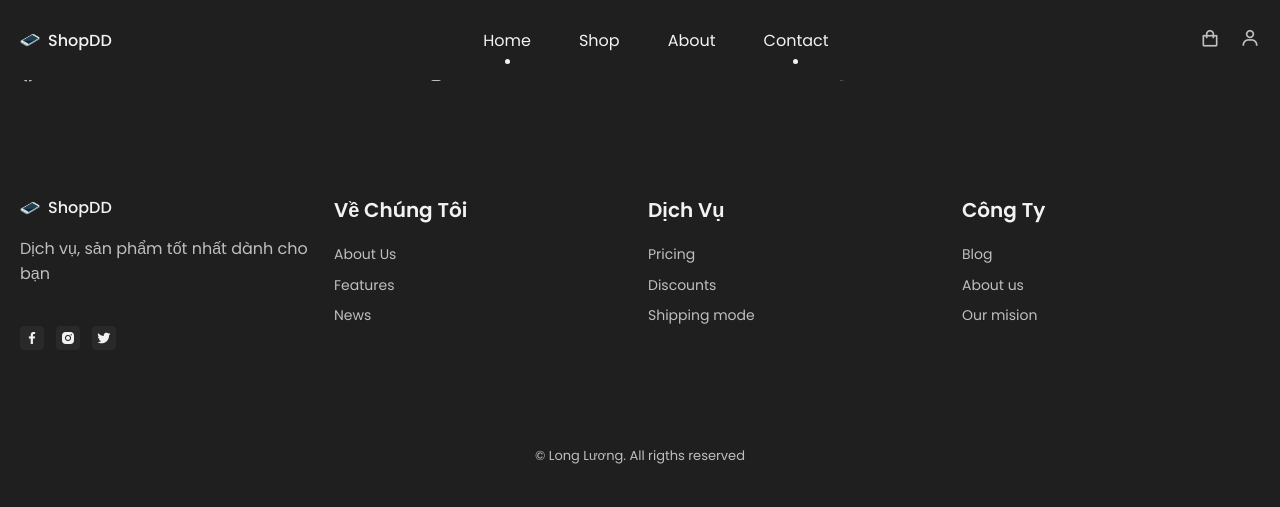
Repository: long5122000/Shopc
Page: contact.html
These files come from the project's save history. The page is drawn as it stood at one moment and after the next save; the edit follows.
The browser window is 1280 px wide. The pictures show the whole page.
The style sheet was rebuilt from its Sass, Less or Tailwind sources for each picture, by a compiler version that may differ from the author's.

Above is the page before, as saved 2021-12-01 09:41:40.

### contact.html
<!DOCTYPE html>
<html lang="en">
  <head>
    <meta charset="UTF-8" />
    <meta http-equiv="X-UA-Compatible" content="IE=edge" />
    <meta name="viewport" content="width=device-width, initial-scale=1.0" />
    <title>ShopDD</title>
    <link rel="shortcut icon" href="favicon.png" type="image/x-icon" />
    <link
      rel="stylesheet"
      href="https://unpkg.com/swiper@7/swiper-bundle.min.css"
    />
    <link
      rel="stylesheet"
      href="https://cdn.jsdelivr.net/npm/boxicons@latest/css/boxicons.min.css"
    />
    <link rel="stylesheet" href="./css/app.css" />
  </head>
  <body>
    <header class="header" id="header">
      <nav class="nav container">
        <a href="" class="nav__logo">
          <img src="./images/logo-3.png" alt="" class="nav__logo-img" />
          ShopDD
        </a>
        <div class="nav__menu" id="nav-menu">
          <ul class="nav__list">
            <li class="nav__item">
              <a href="./index.html" class="nav__link active-link">Home</a>
            </li>
            <li class="nav__item">
              <a href="#" class="nav__link">Shop</a>
            </li>
            <li class="nav__item">
              <a href="./about.html" class="nav__link">About</a>
            </li>
            <li class="nav__item">
              <a href="./contact.html" class="nav__link">Contact</a>
            </li>

            <!-- <a href="" class="button button--ghost">Support</a> -->
          </ul>

          <div class="nav__close" id="nav-close">
            <i class="bx bx-x"></i>
          </div>
          <!-- <img src="./images/nav-img.png" alt="" class="nav__img" /> -->
        </div>
        <div class="nav__btns">
          <!-- Theme change button -->

          <div class="nav__shop" id="cart-shop">
            <i class="bx bx-shopping-bag"></i>
          </div>

          <div class="nav__shop" id="info-user">
            <i class="bx bx-user"></i>
          </div>

          <div class="nav__toggle" id="nav-toggle">
            <i class="bx bx-grid-alt"></i>
          </div>
        </div>
      </nav>
    </header>

    <div class="cart" id="cart">
      <i class="bx bx-x cart__close" id="cart-close"></i>

      <h2 class="cart__title-center">My Cart</h2>

      <div class="cart__container">
        <article class="cart__card">
          <div class="cart__box">
            <img src="./images/new-1.png" alt="" class="cart__img" />
          </div>

          <div class="cart__details">
            <h3 class="cart__title">Jazzmaster</h3>
            <span class="cart__price">$1050</span>

            <div class="cart__amount">
              <div class="cart__amount-content">
                <span class="cart__amount-box">
                  <i class="bx bx-minus"></i>
                </span>

                <span class="cart__amount-number">1</span>

                <span class="cart__amount-box">
                  <i class="bx bx-plus"></i>
                </span>
              </div>

              <i class="bx bx-trash-alt cart__amount-trash"></i>
            </div>
          </div>
        </article>

        <article class="cart__card">
          <div class="cart__box">
            <img src="./images/new-3.png" alt="" class="cart__img" />
          </div>

          <div class="cart__details">
            <h3 class="cart__title">Rose Gold</h3>
            <span class="cart__price">$850</span>

            <div class="cart__amount">
              <div class="cart__amount-content">
                <span class="cart__amount-box">
                  <i class="bx bx-minus"></i>
                </span>

                <span class="cart__amount-number">1</span>

                <span class="cart__amount-box">
                  <i class="bx bx-plus"></i>
                </span>
              </div>

              <i class="bx bx-trash-alt cart__amount-trash"></i>
            </div>
          </div>
        </article>

        <article class="cart__card">
          <div class="cart__box">
            <img src="./images/new-5.png" alt="" class="cart__img" />
          </div>

          <div class="cart__details">
            <h3 class="cart__title">Longines Rose</h3>
            <span class="cart__price">$980</span>

            <div class="cart__amount">
              <div class="cart__amount-content">
                <span class="cart__amount-box">
                  <i class="bx bx-minus"></i>
                </span>

                <span class="cart__amount-number">1</span>

                <span class="cart__amount-box">
                  <i class="bx bx-plus"></i>
                </span>
              </div>

              <i class="bx bx-trash-alt cart__amount-trash"></i>
            </div>
          </div>
        </article>
        <article class="cart__card">
          <div class="cart__box">
            <img src="./images/new-5.png" alt="" class="cart__img" />
          </div>

          <div class="cart__details">
            <h3 class="cart__title">Longines Rose</h3>
            <span class="cart__price">$980</span>

            <div class="cart__amount">
              <div class="cart__amount-content">
                <span class="cart__amount-box">
                  <i class="bx bx-minus"></i>
                </span>

                <span class="cart__amount-number">1</span>

                <span class="cart__amount-box">
                  <i class="bx bx-plus"></i>
                </span>
              </div>

              <i class="bx bx-trash-alt cart__amount-trash"></i>
            </div>
          </div>
        </article>
        <article class="cart__card">
          <div class="cart__box">
            <img src="./images/new-5.png" alt="" class="cart__img" />
          </div>

          <div class="cart__details">
            <h3 class="cart__title">Longines Rose</h3>
            <span class="cart__price">$980</span>

            <div class="cart__amount">
              <div class="cart__amount-content">
                <span class="cart__amount-box">
                  <i class="bx bx-minus"></i>
                </span>

                <span class="cart__amount-number">1</span>

                <span class="cart__amount-box">
                  <i class="bx bx-plus"></i>
                </span>
              </div>

              <i class="bx bx-trash-alt cart__amount-trash"></i>
            </div>
          </div>
        </article>
        <article class="cart__card">
          <div class="cart__box">
            <img src="./images/new-6.webp" alt="" class="cart__img" />
          </div>

          <div class="cart__details">
            <h3 class="cart__title">Longines Rose</h3>
            <span class="cart__price">$980</span>

            <div class="cart__amount">
              <div class="cart__amount-content">
                <span class="cart__amount-box">
                  <i class="bx bx-minus"></i>
                </span>

                <span class="cart__amount-number">1</span>

                <span class="cart__amount-box">
                  <i class="bx bx-plus"></i>
                </span>
              </div>

              <i class="bx bx-trash-alt cart__amount-trash"></i>
            </div>
          </div>
        </article>
      </div>

      <div class="cart__prices">
        <span class="cart__prices-item">3 items</span>
        <span class="cart__prices-total">$2880</span>
      </div>
    </div>

    <div class="info" id="info">
      <i class="bx bx-x info__close" id="info-close"></i>
      <div class="info__btn">
        <a href="./login.html" class="button">Đăng nhập</a>
        <a href="./register.html" class="button">Đăng Ký</a>
      </div>
    </div>
    <main class="main">
      <section class="contact container" id="contact">
        <h1 class="contact__title">Hãy Kết Nối Với Chúng Tôi</h1>
        <div class="contact__list">
          <i class="bx bxl-facebook-circle contact__item"></i>
          <i class="bx bxl-instagram contact__item"></i>
          <i class="bx bxl-twitter contact__item"></i>
          <i class="bx bxl-youtube contact__item"></i>
        </div>
      </section>
    </main>
    <footer class="footer section">
      <div class="footer__container container grid">
        <div class="footer__content">
          <a href="#" class="footer__logo">
            <img src="./images/logo-3.png" alt="" class="footer__logo-image" />
            ShopDD
          </a>
          <p class="footer__description">
            Dịch vụ, sản phẩm tốt nhất dành cho bạn
          </p>
          <div class="footer__social">
            <a
              href="https://www.facebook.com/"
              target="_blank"
              class="footer__social-link"
            >
              <i class="bx bxl-facebook"></i>
            </a>
            <a
              href="https://www.instagram.com/"
              target="_blank"
              class="footer__social-link"
            >
              <i class="bx bxl-instagram-alt"></i>
            </a>
            <a
              href="https://twitter.com/"
              target="_blank"
              class="footer__social-link"
            >
              <i class="bx bxl-twitter"></i>
            </a>
          </div>
        </div>
        <div class="footer__content">
          <h3 class="footer__title">Về Chúng Tôi</h3>
          <ul class="footer__links">
            <li>
              <a href="" class="footer__link">About Us</a>
            </li>
            <li>
              <a href="" class="footer__link">Features</a>
            </li>
            <li>
              <a href="" class="footer__link">News</a>
            </li>
          </ul>
        </div>
        <div class="footer__content">
          <h3 class="footer__title">Dịch Vụ</h3>
          <ul class="footer__links">
            <li>
              <a href="" class="footer__link">Pricing</a>
            </li>
            <li>
              <a href="" class="footer__link">Discounts</a>
            </li>
            <li>
              <a href="" class="footer__link">Shipping mode</a>
            </li>
          </ul>
        </div>
        <div class="footer__content">
          <h3 class="footer__title">Công Ty</h3>
          <ul class="footer__links">
            <li>
              <a href="" class="footer__link">Blog</a>
            </li>
            <li>
              <a href="" class="footer__link">About us</a>
            </li>
            <li>
              <a href="" class="footer__link">Our mision</a>
            </li>
          </ul>
        </div>
      </div>

      <span class="footer__copy">&#169; Long Lương. All rigths reserved</span>

      <div class="modal" id="modal__view">
        <div class="modal__main">
          <i class="bx bx-x modal__close" id="modal-close"></i>
          <div class="modal__image">
            <img src="./images/new-1.png" alt="" />
          </div>
          <div class="modal__content">
            <h3 class="modal__title">Tivi</h3>
            <p class="modal__desc">
              Lorem ipsum dolor sit amet consectetur adipisicing elit. Repellat
              laborum facilis harum quis aperiam laboriosam quasi deleniti velit
              est rerum animi consectetur voluptate culpa, quas, dolor illum
              fugit exercitationem sapiente?
            </p>
            <div class="modal__price">$167</div>
          </div>
          <a href="#!" class="button modal__button">Xem chi tiết</a>
        </div>
      </div>

      <!-- <img src="./images/footer1-img.png" alt="" class="footer__image-one" />
      <img src="./images/footer2-img.png" alt="" class="footer__image-two" /> -->
    </footer>

    <a href="#" class="scrollup" id="scroll-up">
      <i class="bx bx-up-arrow-alt scrollup__icon"></i>
    </a>
    <script src="https://unpkg.com/swiper@7/swiper-bundle.min.js"></script>
    <script src="scripts/scrollreveal.min.js"></script>
    <script src="./scripts/app.js"></script>
  </body>
</html>

### sass/app.scss
@import "variables";
@import "reset";
@import "mixin";
@import "base";
@import "header";
@import "cart";
@import "search";
@import "info";
@import "home";
@import "category";
@import "about";
@import "hot";
@import "discount";
@import "new";
@import "newsletter";
@import "footer";
@import "modal";
@import "scroll";
@import "register";
@import "login";
@import "contact";
@import "breakpoints";

### sass/_variables.scss
@import url("https://fonts.googleapis.com/css2?family=Poppins:wght@400;500;600;900&display=swap");
:root {
  --header-height: 3.5rem;
  /* Colors */
  --hue: 14;
  --first-color: hsl(var(--hue), 91%, 54%);
  --menu-color: hsl(31, 76%, 74%);
  --button-color: hsl(0, 0%, 24%);
  --button-color-alt: hsl(0, 0%, 28%);
  --title-color: hsl(0, 0%, 95%);
  --text-color: hsl(0, 0%, 75%);
  --body-color: hsl(0, 0%, 12%);
  --container-color: hsl(0, 0%, 16%);
  --border-color: hsl(0, 0%, 20%);
  --border-color: hsl(0, 0%, 94%);
  --dark1: #3e363f;
  --dark2: #212527;
  --light1: #fffce8;
  --light2: #edf7f6;
  --red: #df4747;
  --green: #47df5b;
  --transition250: all 250ms ease-in-out;
  --transition500: all 500ms ease-in-out;
  /* Font and typography */
  --body-font: "Poppins", sans-serif;
  --biggest-font-size: 2rem;
  --h1-font-size: 1.5rem;
  --h2-font-size: 1.25rem;
  --h3-font-size: 1rem;
  --normal-font-size: 0.938rem;
  --small-font-size: 0.813rem;
  /* font weight */
  --font-medium: 500;
  --font-semi-bold: 600;
  --font-black: 900;
  /* margenes bottom */
  --mb-0-25: 0.25rem;
  --mb-0-5: 0.5rem;
  --mb-0-75: 0.75rem;
  --mb-1: 1rem;
  --mb-1-5: 1.5rem;
  --mb-2: 2rem;
  --mb-2-5: 2.5rem;
  /* z-index */
  --z-tooltip: 10;
  --z-fixed: 100;

  @media screen and (min-width: 992px) {
    --biggest-font-size: 4rem;
    --h1-font-size: 2.25rem;
    --h2-font-size: 1.5rem;
    --h3-font-size: 1.25rem;
    --normal-font-size: 1rem;
    --small-font-size: 0.875rem;
    --smaller-font-size: 0.813rem;
  }
}

/*=============== GOOGLE FONTS ===============*/

### sass/_reset.scss
html {
  box-sizing: border-box;
}
* {
  margin: 0;
  padding: 0;
}
*,
*:before,
*:after {
  box-sizing: border-box;
}
input,
textarea,
select,
button {
  outline: none;
  border: none;
}
input {
  line-height: normal;
}
label,
button {
  cursor: pointer;
}
a {
  text-decoration: none;
}
img {
  display: block;
  max-width: 100%;
}

### sass/_mixin.scss
@mixin flex(
  $align: flex-start,
  $justify: flex-start,
  $wrap: nowrap,
  $dir: row
) {
  display: flex;
  justify-content: $justify;
  align-items: $align;
  flex-wrap: $wrap;
  flex-direction: $dir;
}
@mixin maxw($breakpoint) {
  @media screen and (max-width: $breakpoint) {
    @content;
  }
}
@mixin minw($breakpoint) {
  @media screen and (min-width: $breakpoint) {
    @content;
  }
}
@mixin center {
  display: flex;
  justify-content: center;
  align-items: center;
}

### sass/_base.scss
* {
  box-sizing: border-box;
  padding: 0;
  margin: 0;
}
html {
  scroll-behavior: smooth;
}
body {
  margin: var(--header-height) 0 0 0;
  font-family: var(--body-font);
  font-size: var(--normal-font-size);
  background: var(--body-color);
  color: var(--text-color);
}
h1,
h2,
h3,
h4 {
  color: var(--title-color);
  font-weight: var(--font-semi-bold);
}
ul {
  list-style: none;
}
.section {
  padding: 4.5rem 0 2rem;
}
.section__title {
  font-size: var(--h2-font-size);
  margin-bottom: var(--mb2);
  text-align: center;
}
.container {
  max-width: 1240px;
  margin-left: var(--mb-1-5);
  margin-right: var(--mb-1-5);
}
.grid {
  display: grid;
}
.main {
  overflow: hidden;
}
::-webkit-scrollbar {
  width: 0.6rem;
  background: #413e3e;
}
::-webkit-scrollbar-thumb {
  background: #272525;
  border-radius: 0.5rem;
}
.button {
  display: inline-block;
  background-color: var(--first-color);
  color: var(--title-color);
  padding: 1rem 1.75rem;
  border-radius: 0.5rem;
  font-weight: var(--font-medium);
  transition: 0.3s;
  &:hover {
    background-color: var(--first-color-alt);
  }
  &--ghost {
    border: 2px solid;
    background-color: transparent;
    border-radius: 3rem;
    padding: 0.75rem 1.5rem;
    &:hover {
      background: none;
    }
  }
  &__icon {
    font-size: 1.25rem;
  }
  &--link {
    color: var(--title-color);
  }
  &--flex {
    display: inline-flex;
    align-items: center;
    column-gap: 0.5rem;
  }
}

### sass/_search.scss
.search-box {
  width: 1px;
  height: 30px;
  background-color: rgb(88, 88, 88);
  position: relative;

  transition: all 0.5s ease;
  border-radius: 15px;
}

.search-box.open {
  width: 220px;
}

.search-input {
  width: 100%;
  height: 100%;
  border: none;
  box-shadow: none;
  background: transparent;
  color: #fff;
  padding: 20px 20px;
  font-size: 20px;
}

.search-btn {
  color: rgba(191, 191, 191);
  outline: none;
  border: none;

  position: absolute;
  right: -0;
  top: 0;
  cursor: pointer;
  font-size: 25px;
  background-color: transparent;
}

### sass/_info.scss
.info {
  position: fixed;
  background-color: rgb(59, 59, 59);
  z-index: var(--z-fixed);
  width: 100%;
  height: 100%;
  top: 0;
  right: -100%;
  padding: 5.5rem 1rem;
  transition: 0.4s;
  overflow-y: scroll;
  &__close {
    font-size: 2rem;
    color: var(--title-color);
    position: absolute;
    top: 1.25rem;
    right: 0.9rem;
    cursor: pointer;
  }
}
.show-info {
  right: 0;
}

### sass/_home.scss
.home {
  &__content {
    row-gap: 1rem;
  }
  &__group {
    display: grid;
    position: relative;
    padding-top: 2rem;
  }
  &__image {
    height: 250px;
    justify-self: center;
  }
  &__indicator {
    width: 8px;
    height: 8px;
    background-color: var(--title-color);
    border-radius: 50%;
    position: absolute;
    top: 7rem;
    right: 2rem;
    &::after {
      content: "";
      position: absolute;
      width: 1px;
      height: 48px;
      background-color: var(--title-color);
      top: -3rem;
      right: 45%;
    }
  }
  &__details {
    &-img {
      position: absolute;
      right: 0.5rem;
    }
    &-title,
    &-subtitle {
      display: block;
      font-size: var(--small-font-size);
      text-align: right;
    }
  }
  &__subtitle {
    font-size: var(--h3-font-size);
    text-transform: uppercase;
    margin-bottom: var(--mb-1);
  }
  &__title {
    font-size: var(--biggest-font-size);
    font-weight: var(--font-black);
    line-height: 109%;
    margin-bottom: var(--mb-1);
  }
  &__description {
    margin-bottom: var(--mb-1);
  }
  &__buttons {
    @include flex(center, space-between);
  }
}

.swiper {
  &-pagination {
    position: initial;
    margin-top: var(--mb-1);
    &-bullet {
      width: 5px;
      height: 5px;
      background-color: var(--title-color);
      opacity: 1;
    }
  }
}
.swiper-pagination-horizontal.swiper-pagination-bullets .swiper-pagination-bullet {
  margin: 0 0.5rem;
}
.swiper-pagination-bullet-active {
  width: 1.5rem;
  height: 5px;
  border-radius: 0.5rem;
}

### sass/_category.scss
.category {
  &__container {
    grid-template-columns: repeat(2, 1fr);
    gap: 1rem 2rem;
  }
  &__data {
    text-align: center;
  }
  &__image {
    width: 120px;
    margin: 0 auto;
    transition: 0.3s;
  }
  &__title {
    margin-bottom: var(--mb-0-25);
  }
  &__data:hover {
    .category {
      &__image {
        transform: translateY(-0.5rem);
      }
    }
  }
}
.scroll {
  &-header {
    background: var(--container-color);
  }
}

### sass/_about.scss
.about {
  &__container {
    row-gap: 2rem;
  }
  &__data {
    text-align: center;
  }
  &__description {
    margin-bottom: var(--mb-2);
  }
  &__image {
    width: 200px;
    justify-self: center;
  }
}

### sass/_hot.scss
.hot {
  &__container {
    grid-template-columns: repeat(2, 1fr);
    gap: 1.5rem;
    padding: 1rem;
  }
  &__content {
    position: relative;
    background: var(--container-color);
    border-radius: 1rem;
    padding: 1.5rem 0 1rem 0;
    text-align: center;
    overflow: hidden;

    &:hover .hot__image {
      transform: translateY(-0.5rem);
    }
    &:hover .hot__button {
      right: 0;
    }
  }
  &__image {
    width: 90px;
    transition: 0.3s;
    margin: 0 auto;
  }
  &__subtitle,
  &__price {
    display: block;
  }
  &__subtitle {
    font-size: var(--smaller-font-size);
    margin-bottom: var(--mb-0-5);
  }
  &__title,
  &__price {
    color: var(--title-color);
    font-weight: var(--font-medium);
    font-size: var(--normal-font-size);
  }
  &__button {
    display: flex;
    flex-direction: column;
    gap: 5px 0;
    padding: 0.5rem;
    border-radius: 0.25rem 0.25rem 0.75rem 0.25rem;
    position: absolute;
    right: -3rem;
    bottom: 0;
  }
  &__icon {
    font-size: 1.25rem;
    color: var(--title-color);
    &--bt {
      border-bottom: 1px solid gray;
      padding-bottom: 4px;
    }
    &:hover {
      color: var(--first-color);
    }
  }
}

### sass/_discount.scss
.discount {
  &__container {
    background: var(--container-color);
    border-radius: 1rem;
    padding: 2.5rem 0 1.5rem;
    row-gap: 0.75rem;
  }
  &__data {
    text-align: center;
  }
  &__title {
    font-size: var(--h2-font-size);
    margin-bottom: var(--mb-2);
  }
  &__image {
    width: 200px;
    justify-self: center;
  }
}

### sass/_newsletter.scss
.newsletter {
  &__description {
    text-align: center;
    margin-bottom: var(--mb-1-5);
  }
  &__form {
    background: var(--container-color);
    padding: 1rem;
    @include flex(center, space-between);
    // display: flex;
    // justify-content: space-between;
    border-radius: 0.75rem;
  }
  &__input {
    width: 70%;
    padding: 0 0.5rem;
    background: none;
    color: var(--title-color);
    &::placeholder {
      color: var(--text-color);
    }
  }
}

### sass/_footer.scss
.footer {
  position: relative;
  overflow: hidden;
  &__image {
    &-one,
    &-two {
      position: absolute;
      transition: 0.3s;
      &:hover {
        transform: translateY(-0.5rem);
      }
    }
    &-one {
      width: 100px;
      top: 6rem;
      right: -2rem;
    }
    &-two {
      width: 150px;
      bottom: 4rem;
      right: 4rem;
    }
  }
  &__container {
    row-gap: 2rem;
  }
  &__logo {
    @include flex(center);
    column-gap: 0.5rem;
    margin-bottom: var(--mb-1);
    font-weight: var(--font-medium);
    color: var(--title-color);
    &-image {
      width: 20px;
    }
  }
  &__description {
    margin-bottom: var(--mb-2-5);
  }
  &__social {
    display: flex;
    column-gap: 0.75rem;
    &-link {
      display: inline-flex;
      background: var(--container-color);
      padding: 0.25rem;
      border-radius: 0.25rem;
      color: var(--title-color);
      font-size: 1rem;
      &:hover {
        background: var(--body-color);
      }
    }
  }
  &__title {
    font-size: var(--h3-font-size);
    margin-bottom: var(--mb-1);
  }
  &__links {
    display: grid;
    row-gap: 0.35rem;
  }
  &__link {
    font-size: var(--small-font-size);
    color: var(--text-color);
    transition: 0.3s;
    &:hover {
      color: var(--title-color);
    }
  }
  &__copy {
    display: block;
    text-align: center;
    font-size: var(--smaller-font-size);
    margin-top: 4.5rem;
  }
}

### sass/_modal.scss
.modal {
  position: fixed;
  top: 0;
  height: 100%;
  width: 100%;
  background: var(--container-color);
  transition: var(--transition250);
  opacity: 0;
  visibility: hidden;
  z-index: 100;
  border-radius: 8px;
  &__main {
    display: grid;
    grid-template-columns: 1fr;
    padding: 0 10px;
  }
  &__image {
    height: 100%;
    width: 100%;
    margin-top: var(--mb-2-5);
  }
  &__title {
    font-size: var(--h1-font-size);
    text-align: center;
    margin-top: var(--mb-2);
    margin-bottom: var(--mb-1-5);
  }
  &__desc {
    margin-bottom: var(--mb-1-5);
  }
  &__price {
    font-size: var(--h2-font-size);
    color: var(--first-color);
    margin-bottom: var(--mb-1-5);
  }
  &__button {
    text-align: center;
  }
  &__close {
    position: absolute;
    right: 5px;
    top: 5px;
    font-size: 2.5rem;
  }
}
.show-modal {
  opacity: 1;
  visibility: unset;
}

### sass/_scroll.scss
.scrollup {
  position: fixed;
  background: var(--first-color);
  right: 1rem;
  bottom: -20%;
  display: inline-flex;
  padding: 0.3rem;
  border-radius: 0.25rem;
  z-index: var(--z-tooltip);
  opacity: 0.8;
  transition: 0.4s;
  &:hover {
    background: var(--container-color);
    opacity: 1;
  }
  &__icon {
    font-size: 1.2rem;
    color: var(--title-color);
  }
}
.show-scroll {
  bottom: 3rem;
}

### sass/_login.scss
.login {
  &__container {
    position: absolute;
    top: 50%;
    left: 50%;
    transform: translate(-50%, -50%);
    width: 300px;
    background: white;
    border-radius: 10px;
    box-shadow: 0px 0px 15px rgba(0, 0, 0, 0.05);
  }
  &__title {
    text-align: center;
    padding-top: 20px;
    color: var(--first-color);
  }
}
form {
  padding: 0 40px;
}
.form-control {
  position: relative;
  border-bottom: 2px solid #adadad;
  margin: 40px 0;
}

.form-control.success {
  border-bottom-color: var(--first-color);
}

.form-control.error {
  border-bottom-color: #e74c3c;
}

.form-control input {
  width: 100%;
  height: 40px;
  font-size: 16px;
  border: none;
  background: none;
  outline: none;
}

small {
  position: absolute;
  left: 0;
  top: 100%;
  margin-top: 3px;
  color: #e74c3c;
}

.form-control span::before {
  content: "";
  position: absolute;
  top: 40px;
  left: 0;
  width: 0%;
  height: 2px;
  background: var(--first-color);
  transition: 0.3s;
}

.form-control input:focus ~ span::before {
  width: 100%;
}

input[type="submit"] {
  margin-top: 20px;
  width: 100%;
  height: 50px;
  border: 1px solid;
  background: var(--first-color);
  border-radius: 25px;
  font-size: 18px;
  color: #e9f4fb;
  font-weight: 700;
  cursor: pointer;
  outline: none;
  transition: 0.5s;
}

input[type="submit"]:hover {
  background-color: #fc7b6d;
}

.signup_link {
  margin: 25px 0;
  text-align: center;
  font-size: 16px;
  color: #666666;
}

.signup_link a {
  color: var(--first-color);
  text-decoration: none;
}

.signup_link a:hover {
  text-decoration: underline;
}

### sass/_contact.scss
.contact {
  margin-top: var(--mb-2);
  &__list {
    display: flex;
    justify-content: space-between;
  }
}

Loaded but not shown: scripts/scrollreveal.min.js (library); scripts/app.js (146 lines, source omitted); sass/_breakpoints.scss (367 lines, source omitted); sass/_cart.scss (106 lines, source omitted); sass/_new.scss (84 lines, source omitted); sass/_header.scss (97 lines, source omitted); sass/_register.scss (100 lines, source omitted)

After the next save:
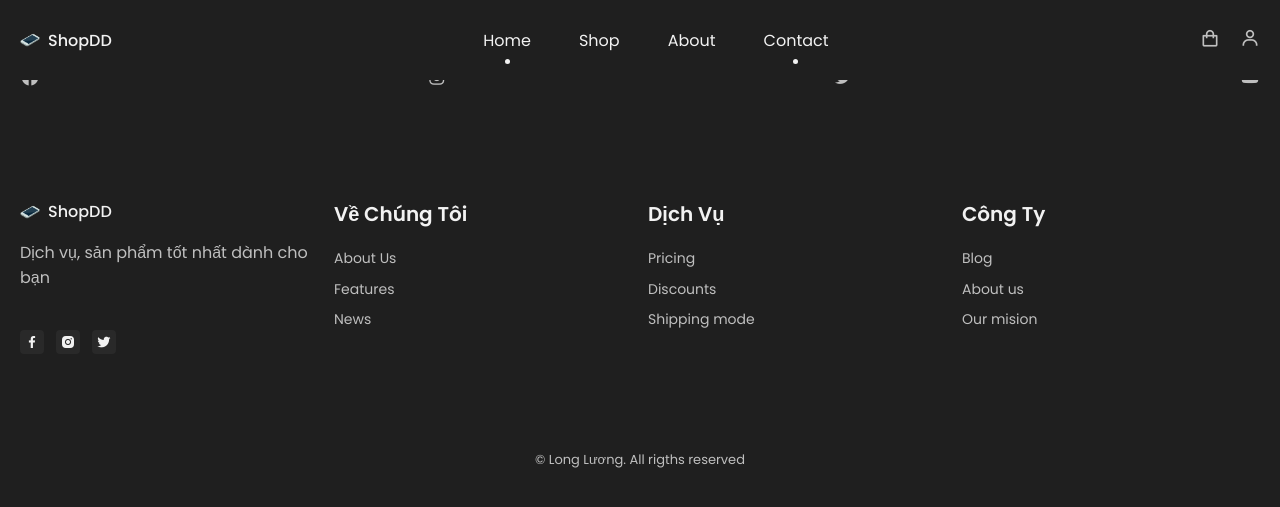
Saved 13 s later.
--- a/sass/_contact.scss
+++ b/sass/_contact.scss
@@ -4,4 +4,7 @@
     display: flex;
     justify-content: space-between;
   }
+  &__item {
+    font-size: 20px;
+  }
 }
